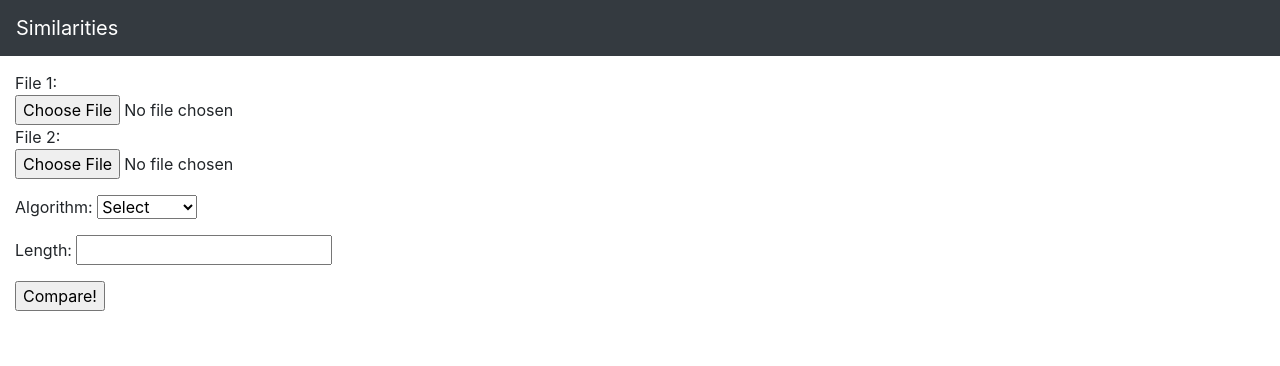
Repository: AllardQuek/CS50x
Page: http://localhost/
The author's editor kept a record of every edit. The page is drawn from the files as they stood at one moment, then again after the next edit.
The browser window is 1280 px wide. The pictures show the whole page.
Some web libraries are served in a nearby version. The page is served by the project's application, run on Flask 3 (pset7/similarities/application.py). Other server files are loaded and not shown.

Above is the page before.

### pset7/similarities/templates/index.html
{% extends "layout.html" %}

{% block body %}

    <div class="col">
        <form action="/compare" enctype="multipart/form-data" method="post">

            <!-- TODO -->
            <div class="form-group">
                File 1: <input type="file" name="file1" class="form-control-file">
                File 2: <input type="file" name="file2" class="form-control-file">
            </div>
            <div class="form-group">

                Algorithm:
                <select name="algorithm">
                    <option disabled selected>Select</option>
                    <option value="lines">lines</option>
                    <option value="sentences">sentences</option>
                    <option value="substrings">substring</option>
                </select>

            </div>
            <div class="form-group">
                Length: <input type="number" name="length">
            </div>
            <button type="submit">Compare!</button>

        </form>
    </div>

{% endblock %}

### pset7/similarities/templates/layout.html
<!DOCTYPE html>

<html lang="en">
    <head>

        <!-- Required meta tags -->
        <meta charset="utf-8"/>
        <meta name="viewport" content="width=device-width, initial-scale=1, shrink-to-fit=no"/>

        <!-- Bootstrap CSS -->
        <link href="https://maxcdn.bootstrapcdn.com/bootstrap/4.0.0-beta/css/bootstrap.min.css" rel="stylesheet"/>

        <link href="/static/styles.css" rel="stylesheet"/>

        <title>Similarities</title>

    </head>
    <body>

        <nav class="navbar fixed-top navbar-dark bg-dark">
            <a class="navbar-brand" href="/">Similarities</a>
        </nav>

        <div class="container-fluid">
            <div class="row">
                {% block body %}{% endblock %}
            </div>
        </div>

        <!-- Optional JavaScript -->
        <script src="https://code.jquery.com/jquery-3.2.1.slim.min.js"></script>
        <script src="https://cdnjs.cloudflare.com/ajax/libs/popper.js/1.11.0/umd/popper.min.js"></script>
        <script src="https://maxcdn.bootstrapcdn.com/bootstrap/4.0.0-beta/js/bootstrap.min.js"></script>

    </body>
</html>

Loaded but not shown: pset7/similarities/application.py (common file); pset7/similarities/static/styles.css (common file)

After the next edit:
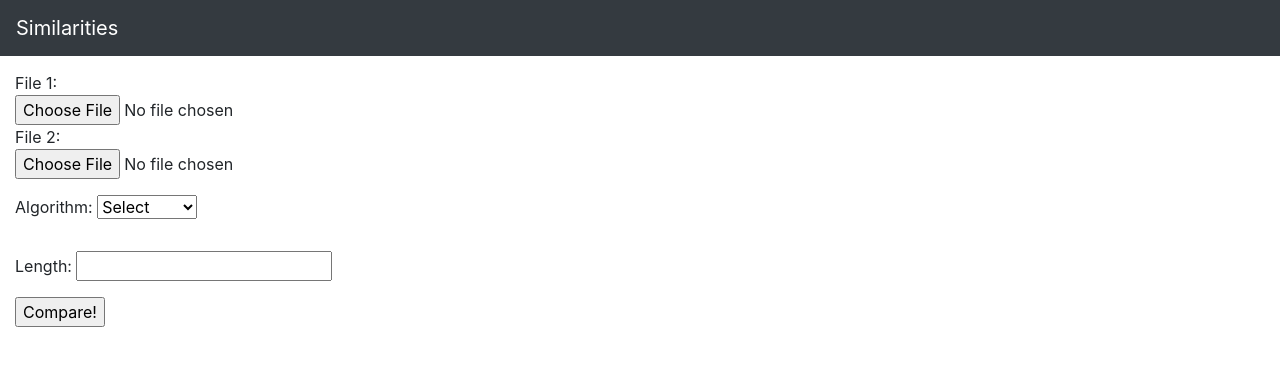
The edit:
--- a/pset7/similarities/templates/index.html
+++ b/pset7/similarities/templates/index.html
@@ -13,7 +13,7 @@
             <div class="form-group">
 
                 Algorithm:
-                <select name="algorithm">
+                <select name="algorithm" class="form-group">
                     <option disabled selected>Select</option>
                     <option value="lines">lines</option>
                     <option value="sentences">sentences</option>
